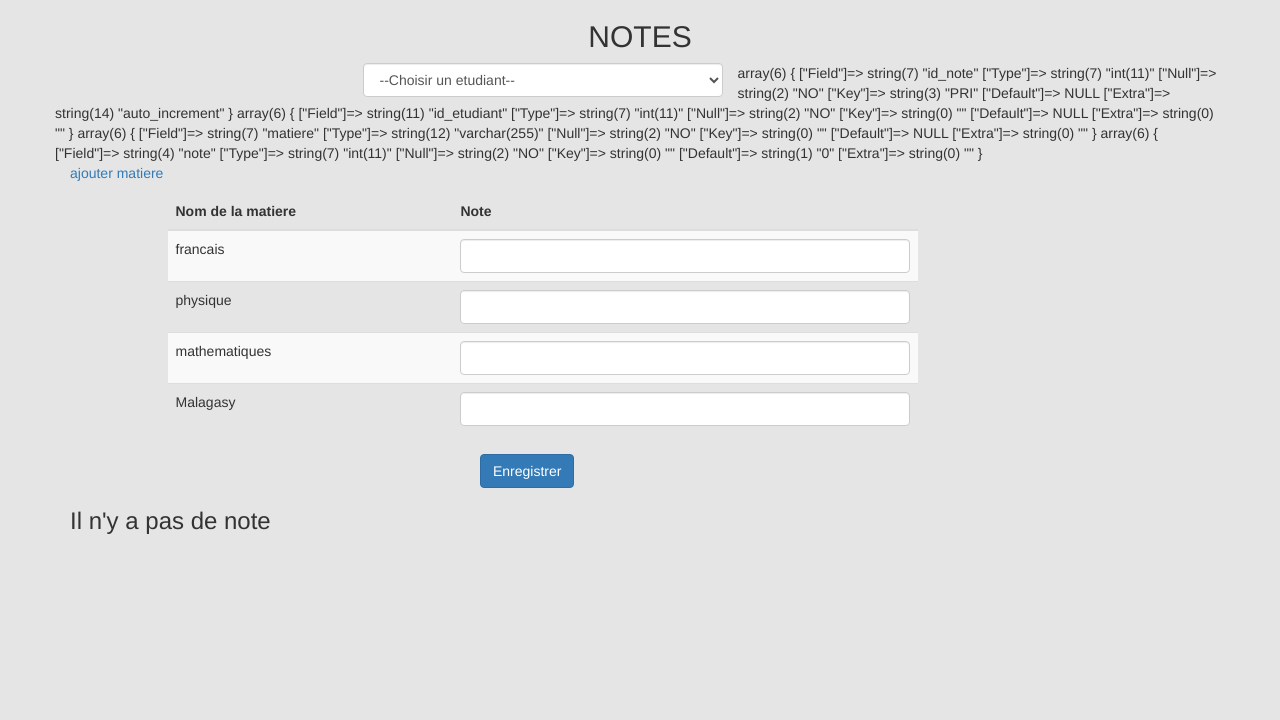
Repository: mitantsoa1/CRUD-note
Page: http://localhost/note
These files come from the project's save history. The page is drawn as it stood at one moment and after the next save; the edit follows.
The browser window is 1280 px wide. The pictures show the whole page.
The page is run by PHP 8.4 with error messages shown; the project is at /var/www/html/. The database holds what the project's SQL file puts in it.

Above is the page before, as saved 2021-02-12 10:48:49.
Console error: SyntaxError: Unexpected token '<'

### index.php
<?php

require_once ("Controls/Controllers.class.php");
// require_once ("Models/Database.class.php");
// Database::init("localhost","stage","root","");

if(isset($_GET['action'])){
    if(method_exists("Controllers",$_GET['action'])){
        $reflect = new ReflectionMethod("Controllers",$_GET['action']);
        $class = "Controllers";
        $reflect -> invoke(new $class);
    }else{
        Controllers::loadView("erreur.php");
    }
}else{
    Controllers::loadView("indexView.php");
}

?>

### Controls/Controllers.class.php
<?php
	class Controllers{

		public static function loadView($page){
			$page = htmlspecialchars(trim($page)) ;
			include("Views/".$page) ;
		}
		public function index(){
			Controllers::loadView("indexView");
		}
		// pour inclure les portions de page
		public static function includeTemplate($template)
		{
			$template = htmlspecialchars(trim($template));
			include "Views/template_parts/" . $template;
		}
		// inclure du JavaScript
		public static function includeJS($fields)
		{
			$script = "";
			for ($i = 0; $i < count($fields) - 1; $i++) {
				$code = htmlspecialchars(trim($fields[$i]));
				$script .= '<script src="Publics/js/' . $code . '.js"></script>' . "\n\t";
			}
			if ($i == count($fields) - 1) {
				$code = htmlspecialchars(trim($fields[count($fields) - 1]));
				$script .= '<script src="Publics/js/' . $code . '.js"></script>' . "\n";
			}
			echo $script;
		}
		// inclure du CSS
		public static function includeCSS($fields)
		{
			$css = "";
			for ($i = 0; $i < count($fields) - 1; $i++) {
				$code = htmlspecialchars(trim($fields[$i]));
				$css .= '<link rel="stylesheet" href="Publics/css/' . $code . '.css">' . "\n\t";
			}
			if ($i == count($fields) - 1) {
				$code = htmlspecialchars(trim($fields[count($fields) - 1]));
				$css .= '<link rel="stylesheet" href="Publics/css/' . $code . '.css">' . "\n";
			}
			echo $css;
		}

		public function note(){
			Controllers::loadView("note.php");
		}
		public function matiere(){
			Controllers::loadView("matiere.php");
		}
	}

 ?>

### Views/note.php
<!DOCTYPE html>
<html lang="en">
<head>
    <meta charset="UTF-8">
    <meta http-equiv="X-UA-Compatible" content="IE=edge">
    <meta name="viewport" content="width=device-width, initial-scale=1.0">
    <title>note</title>
    <?php
Controllers::includeCSS(["all","bootstrap.min","sweetalert2.min","style","util"]);
?>
</head>
<body>
    <div class="container content-note">
            <h2 class="text-center">NOTES</h2>
        <form action="">
            <div class="row">
                <?php
                    include('Models/Database.class.php');
                    $db = new Database();
                    $tab = $db->select("etudiant")
                                ->execute(null);
                    echo "<div class='col-sm-4 col-sm-offset-3'> <select id='select_etudiant_note' class='form-control'> <option value='choisir' selected='selected'>--Choisir un etudiant--</option>";

                        for($i=0;$i<count($tab);$i++){
                            echo"
                                <option value='".$tab[$i]->id."'>".$tab[$i]->nom." ".$tab[$i]->prenom."</option>
                            ";
                        }

                    echo "</select></div>";

                    $reqS="SHOW COLUMNS FROM note";
                    $conn= new PDO("mysql:host=localhost;dbname=scolarite","root","");
                            $stmt = $conn -> prepare($reqS);
                            $stmt -> execute();
                            $i=0;
                            while($tab= $stmt->fetch(PDO::FETCH_ASSOC)){
                               var_dump($tab);

                            }

                ?>


            </div>
        </form>
        <a href="matiere" >ajouter matiere</a>
        <div class="nom"></div>
        <div class="row">
            <div class="matiere_table col-sm-8 col-sm-offset-1">matiere</div>
        </div>
        <div class="general"></div>
    </div>


<?php
Controllers::includeJS(["jquery","bootstrap.min","all","sweetalert2.min","note","function"]);
?>
</body>
</html>

### Models/Database.class.php
<?php
class Database{
	private $query,$nombreParam, $lastTable;
	private static $conn,$host,$base,$user,$pass,$port ;
		// bd = new PDO("mysql:host=localhost;dbname=nom","user","pass")
		// initialisation
	public static function init($hote,$base,$port,$user,$pass) {
		self::$host=htmlspecialchars(trim($hote)) ;
		self::$base=htmlspecialchars(trim($base)) ;
		self::$user=htmlspecialchars(trim($user)) ;
		self::$pass=htmlspecialchars(trim($pass)) ;

	}
	public static function db() {
		$options = array(PDO::MYSQL_ATTR_INIT_COMMAND => 'SET NAMES utf8',
);


		$url ="mysql:host=".self::$host.";port=".self::$port.";dbname=".self::$base;
		if(!isset(self::$conn)) {
			self::$conn = new PDO($url,self::$user,self::$pass,$options);
		}
		return self::$conn ;

	}
		// execution du requete
	public function execute($value=null) {

			// tester s'il y des trous dans les requetes
			// si c'est une requete de selection
		if (strpos($this->query,"SELECT")>-1) {

			if (strpos($this->query,"?")>-1 ){
				$req = self::db()->prepare($this->query) ;
				$req->execute($value) ;
			}
			else {
				$req = self::db()->query($this->query) ;
			}


			return $req->fetchAll(PDO::FETCH_OBJ);
		}
		else {
			if (strpos($this->query,"?")>-1 ){
				$req = self::db()->prepare($this->query) ;
				$req->execute($value) ;

			}
			else {
				self::db()->query($this->query) ;
			}


			return 0 ;
		}



	}
	public function getQuery() {
		echo $this->query ;
	}
	public function select($table){
		$table=htmlspecialchars(trim($table)) ;
		$this->query = "SELECT * FROM ".$table ;
		$this->lastTable =$table ;
		return $this ;
	}
	public function where($id,$operateur){
		$this->query .= " WHERE ".$id."".$operateur."?";

		return $this ;
	}
	public function et($id,$operateur) {
		$this->query .= " AND ".$id."".$operateur."?";

		return $this ;
	}
	public function ou($id,$operateur) {
		$this->query .= " OR ".$id."".$operateur."?";

		return $this ;
	}
		// insertion
	public function insert($table) {
		$this->query="INSERT INTO ".$table ;
		return $this ;
	}
	// mise à jours
	public function update($table) {
		$this->query="UPDATE ".$table ;
		return $this ;
	}
	public function parametters($fields) {
		if (strpos($this->query,"INSERT")>-1){
			// insertion
			$listeFields="(" ;
			$valeur="VALUES (" ;
			for ($i=0; $i <count($fields) ; $i++) {
				$listeFields.=$fields[$i]."," ;
				$valeur.="?," ;
			}

			$listeFields=trim($listeFields,",").")" ;

			$valeur=trim($valeur,",").")" ;
			$this->query.=" ".$listeFields ;
			$this->query.=" ".$valeur ;
		}
		else if (strpos($this->query,"UPDATE")>-1){
			$listeFields="SET " ;
			for ($i=0; $i <count($fields); $i++) {
				$listeFields.=$fields[$i]."=?," ;
			}
			$listeFields=trim($listeFields,",") ;
			$this->query.=" ".$listeFields ;
		}

		return $this ;
	}

		// suppréssion
	public function delete($table) {
		$table=htmlspecialchars(trim($table)) ;
		$this->query=" DELETE FROM ".$table;
		return $this ;
	}
	public function order($param) {
		$this->query.=" ORDER BY " ;
		$listeOrder="" ;
		foreach ($param as $key => $value) {
			$listeOrder.=$key. " ".$value."," ;
		}
		$listeOrder=trim($listeOrder,",") ;
		$this->query.=$listeOrder ;
		return $this ;
	}
	public function inner($table2,$id1) {
		$table2=htmlspecialchars(trim($table2)) ;
		$id1= htmlspecialchars(trim($id1)) ;

		$this->query.=" INNER JOIN ".$table2." ON ".$this->lastTable.".".$id1."=".$table2.".".$id1 ;
		$this->lastTable=$table2;
		return $this;
	}
	// inner join id différent
	public function innerD($table2,$id1,$id2) {
		$table2=htmlspecialchars(trim($table2)) ;
		$id1= htmlspecialchars(trim($id1)) ;

		$this->query.=" INNER JOIN ".$table2." ON ".$this->lastTable.".".$id1."=".$table2.".".$id2 ;
		$this->lastTable=$table2;
		return $this;
	}
	public function sum($table,$fields) {
		$fields = htmlspecialchars(trim($fields)) ;
		$table = htmlspecialchars(trim($table)) ;
		$this->query="SELECT SUM(".$fields.") AS somme FROM ".$table ;
		return $this ;
	}
	// selection avec paramètre
	public function selectParam($table,$listeFields) {
		$reqBase ="SELECT " ;
		for ($i=0; $i <count($listeFields) ; $i++) {
			$reqBase.=$listeFields[$i]."," ;
		}
		$this->query = trim($reqBase,",")." FROM ".$table;
		return $this ;


	}
	public function customSelect($requete) {
		$req = self::db()->query($requete) ;

		return $req->fetchAll(PDO::FETCH_OBJ);
	}

}
	Database::init("localhost","scolarite","3306","root","");

	//ALTER TABLE `note` ADD `francais` IF NOT EXISTS DOUBLE NOT NULL DEFAULT '0.0'
// $db = new Database();
//  $tab = $db->select("note")
//                     ->innerD("etudiant","id_etudiant","id")
// 					->et("note.id_etudiant","=")
// 					->getQuery();
?>

### Views/erreur.php
<!DOCTYPE html>
<html lang="fr">
<head>
    <meta charset="UTF-8">
    <meta name="viewport" content="width=device-width, initial-scale=1.0">
    <title>Page invalide</title>
</head>
<body>
    <h1>ERROR 404</h1>

        <p>Cette page n'est pas disponible</p>
</body>
</html>

### Controls/ajax.php
<?php
    include("../Models/Database.class.php");
    header('Content-type: application/json');
    $db = new Database();

    if(isset($_POST['data'])){
        $tab = $db->select("etudiant")
                ->execute();
        echo json_encode($tab);
    }

    if(isset($_POST['nom'])){
        $nom = htmlspecialchars(trim($_POST['nom']));
        $prenom = htmlspecialchars(trim($_POST['prenom']));
        $dtn = htmlspecialchars(trim($_POST['date_naissance']));
        $sexe = $_POST['sexe'];

        $db->insert("etudiant")
            ->parametters(["nom","prenom","date_de_naissance","sexe"])
            ->execute([$nom,$prenom,$dtn,$sexe]);
        echo json_encode("ok");
    }

    if(isset($_POST['id_effacer'])){
        $db->delete("etudiant")
            ->where("id","=")
            ->execute([$_POST['id_effacer']]);
        echo json_encode("effacer");
    }

    if(isset($_POST['id_modifier'])){
        $tab=$db->select("etudiant")
            ->where("id","=")
            ->execute([$_POST['id_modifier']]);
        echo json_encode($tab);
    }
    if(isset($_POST['nom_modif'])){
        $nom = htmlspecialchars(trim($_POST['nom_modif']));
        $prenom = htmlspecialchars(trim($_POST['prenom']));
        $dtn = htmlspecialchars(trim($_POST['date_naissance']));
        $sexe = $_POST['sexe'];
        $id = htmlspecialchars(trim($_POST["id"]));

        $db->update("etudiant")
            ->parametters(["nom","prenom","date_de_naissance","sexe"])
            ->where("id","=")
            ->execute([$nom,$prenom,$dtn,$sexe,$id]);
        echo json_encode("ok");
    }

    if(isset($_POST['etudiant'])){
        $tab=$db->select("etudiant")
                ->where("id","=")
                ->execute([$_POST['etudiant']]);
        echo json_encode($tab);
    }

    if(isset($_POST["affiche_matiere"])){
        $tab=$db->select("matiere")
                ->execute(null);
        echo json_encode($tab);
    }

    if(isset($_POST["nom_matiere"])){
        $matiere = htmlspecialchars(trim($_POST["nom_matiere"]));
        $tab=$db->select("matiere")
                ->where("nom_matiere","=")
                ->execute([$matiere]);

                if(count($tab)>0){
                    echo json_encode("non");
                }else{
                    $db->insert("matiere")
                        ->parametters(["nom_matiere"])
                        ->execute([$matiere]);
                        //APINA ALTER TABLE
                    echo json_encode("ok");
                }
    }

    if(isset($_POST['id_mat_effacer'])){
        $db->delete("matiere")
            ->where("id_matiere","=")
            ->execute([$_POST['id_mat_effacer']]);
        echo json_encode("effacer");
    }

    if(isset($_POST['id_mat_modifier'])){
        $tab=$db->select("matiere")
            ->where("id_matiere","=")
            ->execute([$_POST['id_mat_modifier']]);
        echo json_encode($tab);
    }
    if(isset($_POST['nom_mat_modif'])){
        $matiere = htmlspecialchars(trim($_POST['nom_mat_modif']));
        $id = htmlspecialchars(trim($_POST["id"]));

        $db->update("matiere")
            ->parametters(["nom_matiere"])
            ->where("id_matiere","=")
            ->execute([$matiere,$id]);
        echo json_encode("ok");
    }

    if(isset($_POST['affiche_note'])){
        $tab = $db->select("matiere")
                    ->execute(null);

        echo json_encode($tab);

    }

    if(isset($_POST['id_etudiant'])){
        $tab = $db->select("note")
                    ->innerD("etudiant","id_etudiant","id")
                    ->et("note.id_etudiant","=")
                    ->execute([$_POST['id_etudiant']]);

                    echo json_encode($tab);
    }

?>

### Publics/css/style.css
body {
    margin: 0;
    padding: 0;
    background: rgba(0, 0, 0, .1);
}

.content {
    width: 50vw;
    min-width: 300px;
    background: white;
    padding: 10px 20px 0 !important;
    margin: 10px auto;
    border: white 1px solid !important;
    border-radius: 10px !important;
}

.content .titre {
    padding: 0;
    margin: 0;
}

.boutton {
    display: block;
    margin: 0 auto;
    width: 100px;
}

#btn_modification {
    margin-left: 30%;
}

.table_etudiant {
    position: relative;
    height: auto;
    max-height: 150px;
    overflow: auto;
}

.table_etudiant thead {
    position: sticky;
    top: 0;
    background: black;
    color: white;
}

### scolarite.sql (the tables this page reads)
CREATE TABLE IF NOT EXISTS `etudiant` (
  `id` int(11) NOT NULL AUTO_INCREMENT,
  `nom` varchar(255) NOT NULL,
  `prenom` varchar(255) NOT NULL,
  `date_de_naissance` date NOT NULL,
  `sexe` varchar(30) NOT NULL,
  PRIMARY KEY (`id`)
) ENGINE=MyISAM AUTO_INCREMENT=9 DEFAULT CHARSET=utf8;

INSERT INTO `etudiant` (`id`, `nom`, `prenom`, `date_de_naissance`, `sexe`) VALUES
(5, 'mitantsoa', 'mi', '2021-01-26', 'femme'),
(8, 'rabe', 'be', '2021-01-25', 'femme');

CREATE TABLE IF NOT EXISTS `matiere` (
  `id_matiere` int(11) NOT NULL AUTO_INCREMENT,
  `nom_matiere` varchar(255) NOT NULL,
  PRIMARY KEY (`id_matiere`)
) ENGINE=MyISAM AUTO_INCREMENT=8 DEFAULT CHARSET=utf8;

INSERT INTO `matiere` (`id_matiere`, `nom_matiere`) VALUES
(1, 'francais'),
(7, 'physique'),
(3, 'mathematiques'),
(6, 'Malagasy');

CREATE TABLE IF NOT EXISTS `note` (
  `id_note` int(11) NOT NULL AUTO_INCREMENT,
  `id_etudiant` int(11) NOT NULL,
  `matiere` varchar(255) NOT NULL,
  `note` int(11) NOT NULL DEFAULT '0',
  PRIMARY KEY (`id_note`)
) ENGINE=MyISAM AUTO_INCREMENT=3 DEFAULT CHARSET=utf8;

INSERT INTO `note` (`id_note`, `id_etudiant`, `matiere`, `note`) VALUES
(1, 5, 'francais', 15),
(2, 8, 'mathematiques', 10);

Loaded but not shown: Publics/css/all.css (library); Publics/css/bootstrap.min.css (library); Publics/css/sweetalert2.min.css (library); Publics/js/jquery.js (library); Publics/js/bootstrap.min.js (library); Publics/js/function.js (201 lines, source omitted); Publics/js/note.js (79 lines, source omitted); Publics/css/util.css (9878 lines, source omitted)

After the next save:
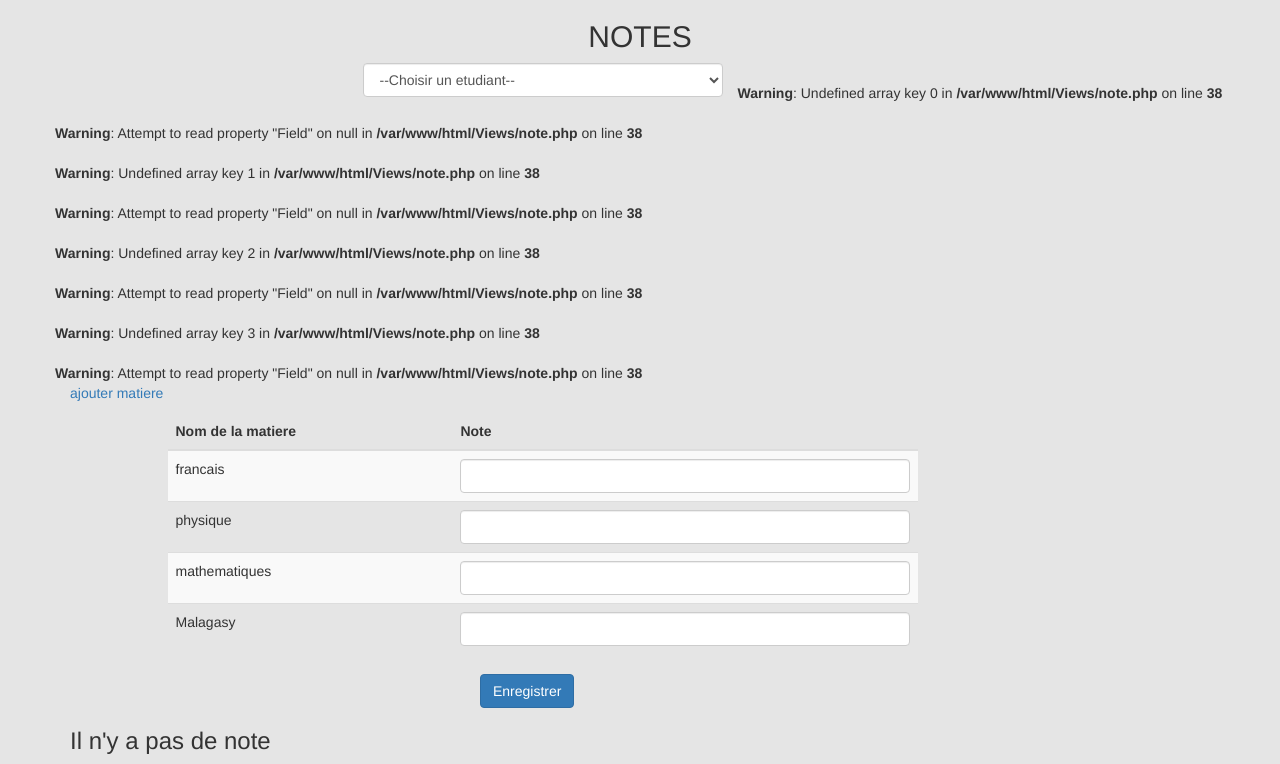
Saved 90 s later.
--- a/Views/note.php
+++ b/Views/note.php
@@ -35,7 +35,8 @@ Controllers::includeCSS(["all","bootstrap.min","sweetalert2.min","style","util"]
                             $stmt -> execute();
                             $i=0;
                             while($tab= $stmt->fetch(PDO::FETCH_ASSOC)){
-                               var_dump($tab);
+                                echo $tab[$i]->Field;
+                                $i++;
 
                             }
 
